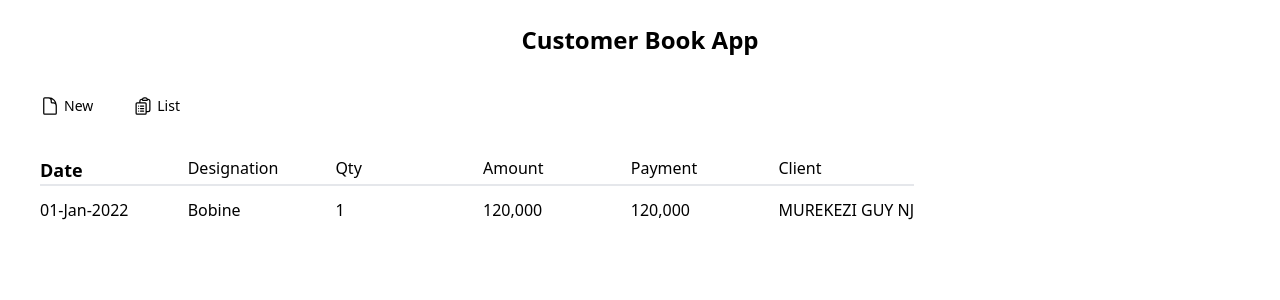
Repository: higirobruce/customerbookapp
Page: /
These files come from the project's save history. The page is drawn as it stood at one moment and after the next save; the edit follows.
The browser window is 1280 px wide. The pictures show the whole page.
The project was rebuilt for these pictures with package versions that can differ from the ones it lists, and the page was loaded fresh each time. The framework's server and built-in components were replaced by stand-ins that run in the browser. Also part of the build but not shown: next.config.js, components/layout/sidebar.js.

Above is the page before, as saved 2022-11-24 16:49:36.

After the next save:
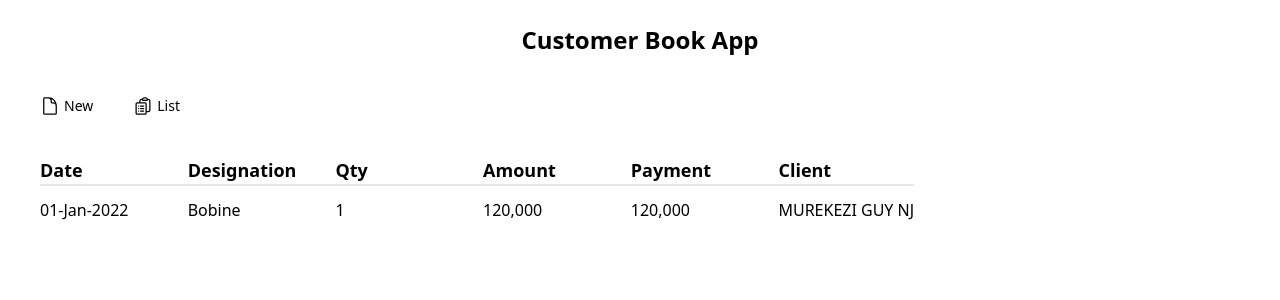
Saved 8 min 47 s later.
--- a/components/common/records.js
+++ b/components/common/records.js
@@ -4,8 +4,8 @@ export default function RecordsTable({data}) {
 
   return (
     <div>
-        <div className='grid grid-cols-6 gap-3 border-b-2 mb-3'>
-                <div className='text-lg font-semibold'>Date</div>
+        <div className='grid grid-cols-6 gap-3 border-b-2 mb-3 text-lg font-semibold'>
+                <div>Date</div>
                 <div>Designation</div>
                 <div>Qty</div>
                 <div>Amount</div>
